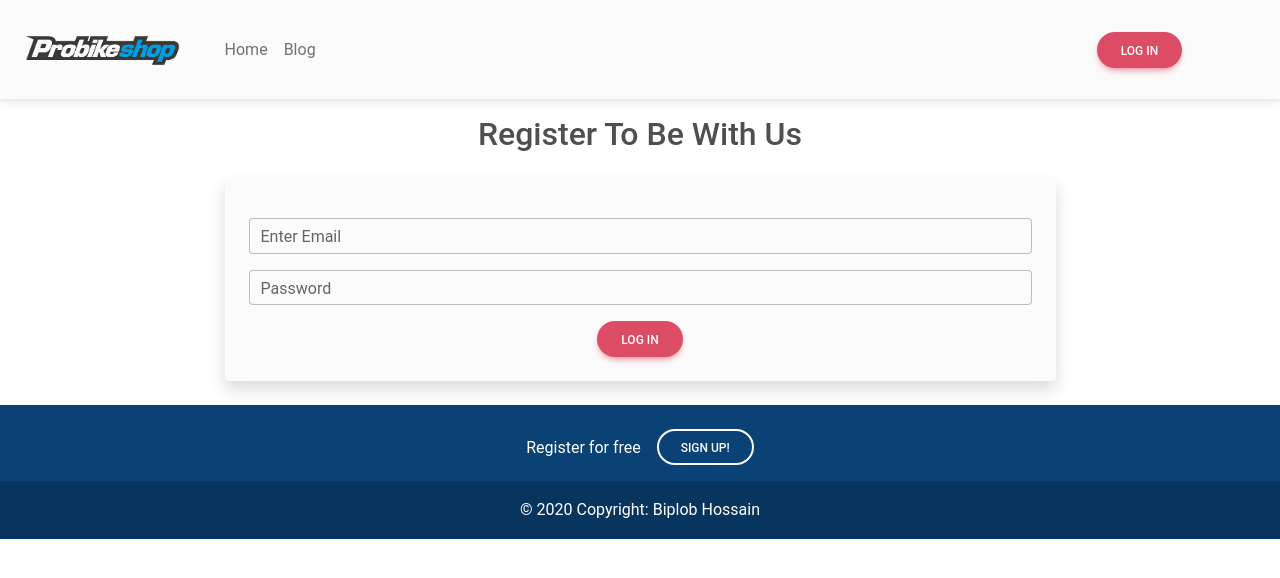
Repository: Tanvir3744/Ware-house
Page: /login
The author's editor kept a copy of each file at every save. The page is drawn from the files as they stood at one save, then again after the next save.
The browser window is 1280 px wide. The pictures show the whole page.
The project was rebuilt for these pictures with package versions that can differ from the ones it lists, and the page was loaded fresh each time. Also part of the build but not shown: src/components/Home/Banner/Banner.js, src/components/Home/Home.js, src/components/Register/Register.js, src/components/Blog/Blog.js.

Above is the page before, as saved 2022-05-13 00:12:02.

After the next save:
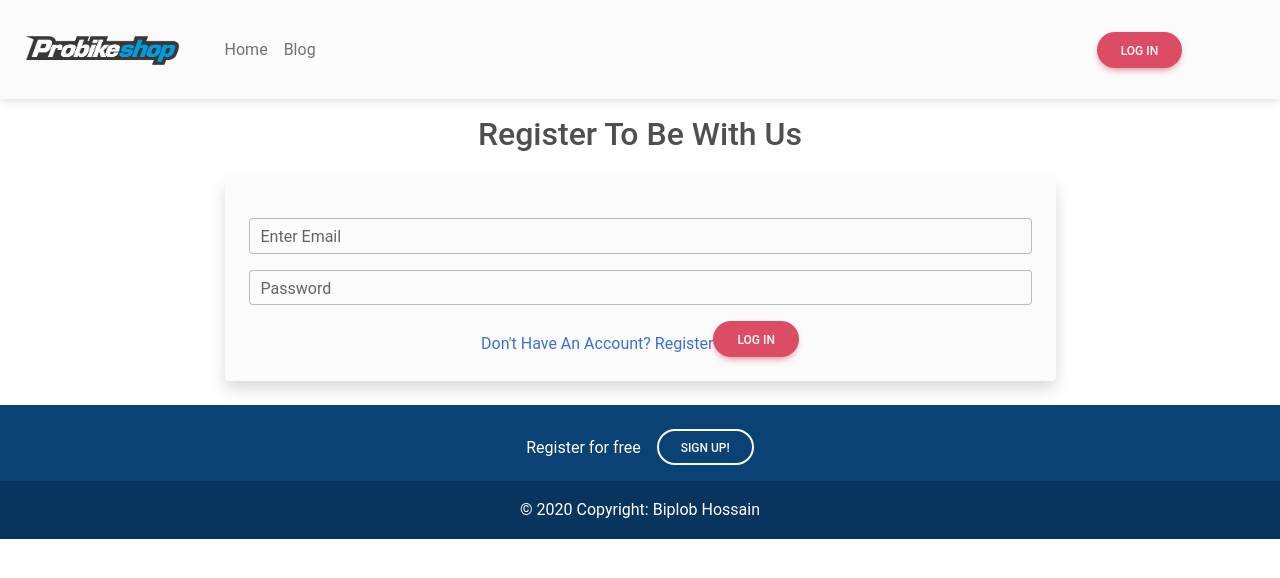
Saved 38 s later.
--- a/src/components/Login/Login.js
+++ b/src/components/Login/Login.js
@@ -12,7 +12,7 @@
                         <form className='mt-4 mb-4 bg-light shadow rounded p-4'>
                             <MDBInput className='mt-3' label='Enter Email' name='email' id='typeEmail' type='email' required />
                             <MDBInput className='mt-3' label='Password' id='typePassword' type='password' name='password1' />
-                            <Link></Link>
+                            <Link to='/register'>Don't Have An Account? Register</Link>
                             <MDBBtn className='rounded-pill mt-3' type='submit' color="danger ">Log In</MDBBtn>
                         </form>
                     </div>
